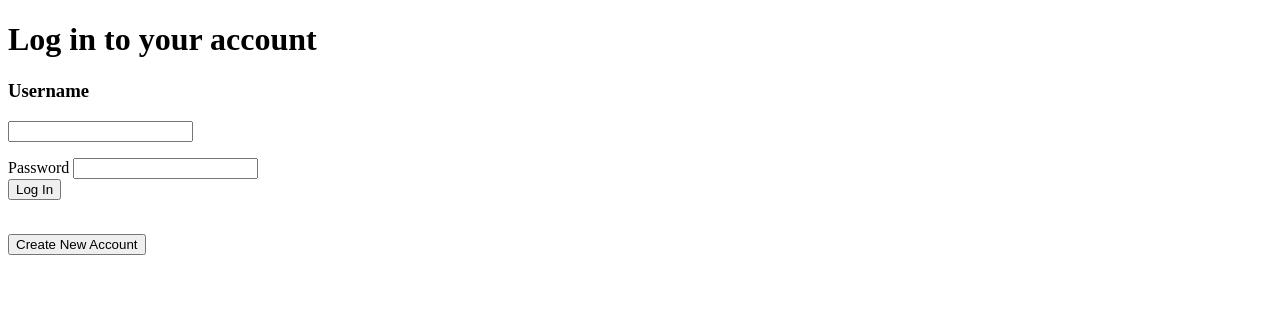
Repository: ir1998/cs201
Page: InvestCS/WebContent/index.html
An editor plug-in stored every save of this project. The page is shown before and after the next save, followed by the edit.
The browser window is 1280 px wide. The pictures show the whole page.

Above is the page before, as saved 2017-03-30 22:48:55.

### InvestCS/WebContent/index.html
<!DOCTYPE html>
<html>
<head>
<meta charset="UTF-8">
<title>Invest CS</title>
</head>
<body>
	<h1>Log in to your account</h1>

	<form class="Login Form" action="submit">
    <h3>Username</h3>
		<input type="text" id="username" name="username"/>
    <br>
    <p>Password</h3>
    <input type="text" id="password" name="password"/>
    <br>
		<input type="submit" value="Log In"/>
  </form>
  <br>
	<button type= "button" id="createAccount"> Create New Account </button>

</body>
</html>

After the next save:
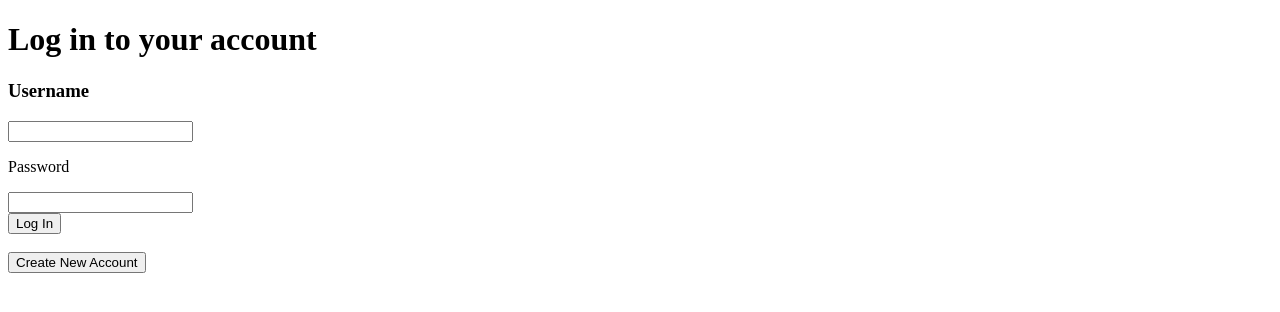
Saved 2 s later.
--- a/InvestCS/WebContent/index.html
+++ b/InvestCS/WebContent/index.html
@@ -11,7 +11,7 @@
     <h3>Username</h3>
 		<input type="text" id="username" name="username"/>
     <br>
-    <p>Password</h3>
+    <p>Password</p>
     <input type="text" id="password" name="password"/>
     <br>
 		<input type="submit" value="Log In"/>
